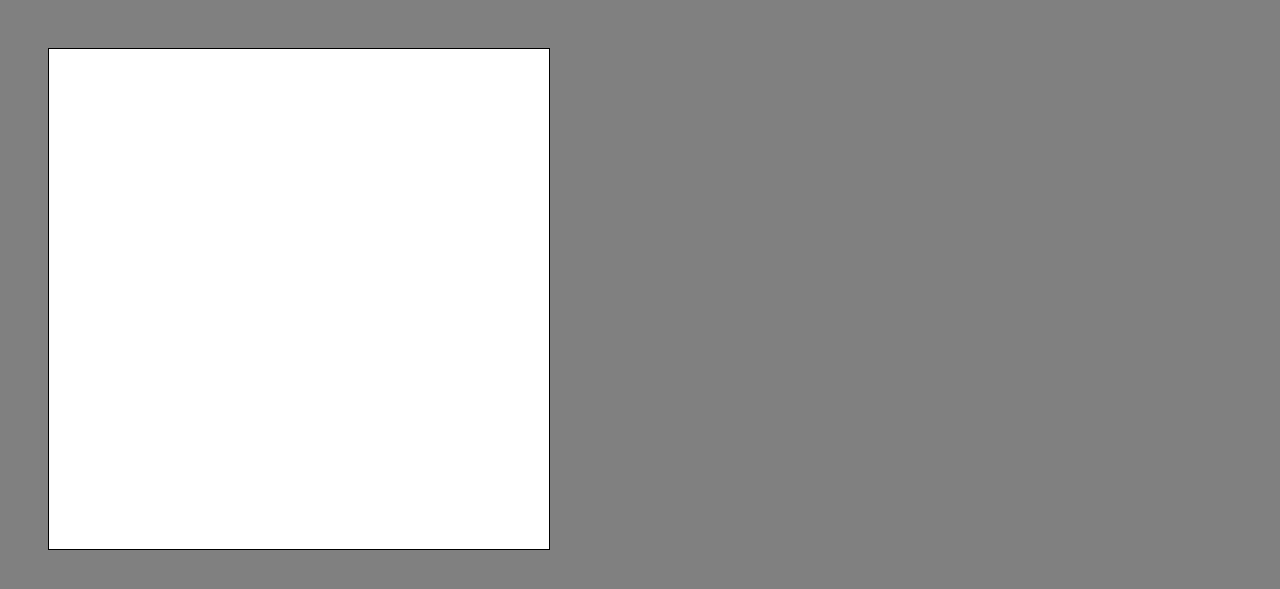
Repository: albinsabu2023/Stopwatch-program
Page: index.html
These files come from the project's save history. The page is drawn as it stood at one moment and after the next save; the edit follows.
The browser window is 1280 px wide. The pictures show the whole page.

Above is the page before, as saved 2023-03-03 20:30:09.

### index.html
<!DOCTYPE html>

<head>
    <meta charset="UTF-8">
    <meta http-equiv="X-UA-Compatible" content="IE=edge">
    <meta name="viewport" content="width=device-width, initial-scale=1.0">
    <link rel="stylesheet" href="style.css">
    <title>Document</title>
</head>

   <canvas id ="canvas" width="500" height="500"></canvas>
    <script src="index.js"></script>
</body>
</html>

### style.css
body{
color:white;
background-color: gray;
}

#canvas{
    border:1px solid black;
    background-color: white;
    margin: 40px;

}

### index.js
//canvas api

let can = document.getElementById("canvas");
let context = can.getCont;

After the next save:
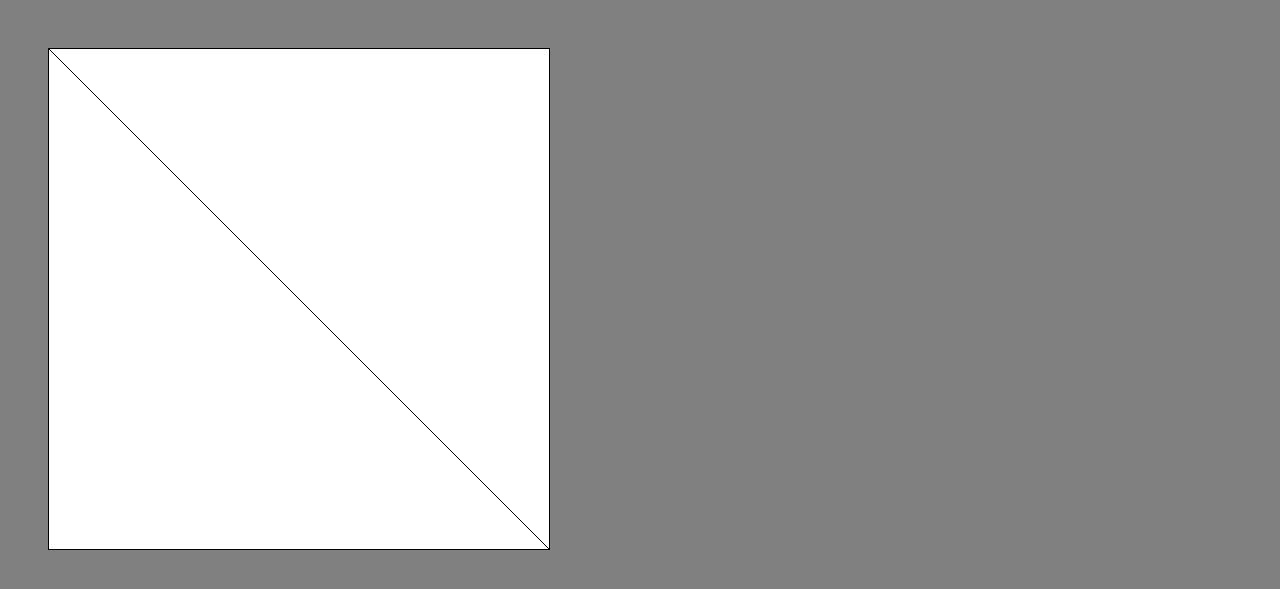
Saved 87 s later.
--- a/index.js
+++ b/index.js
@@ -1,4 +1,8 @@
 //canvas api
 
 let can = document.getElementById("canvas");
-let context = can.getCont;
+let context = can.getContext("2d");
+context.beginPath();
+context.moveTo(0, 0);
+context.lineTo(500, 500);
+context.stroke();

After the save that followed:
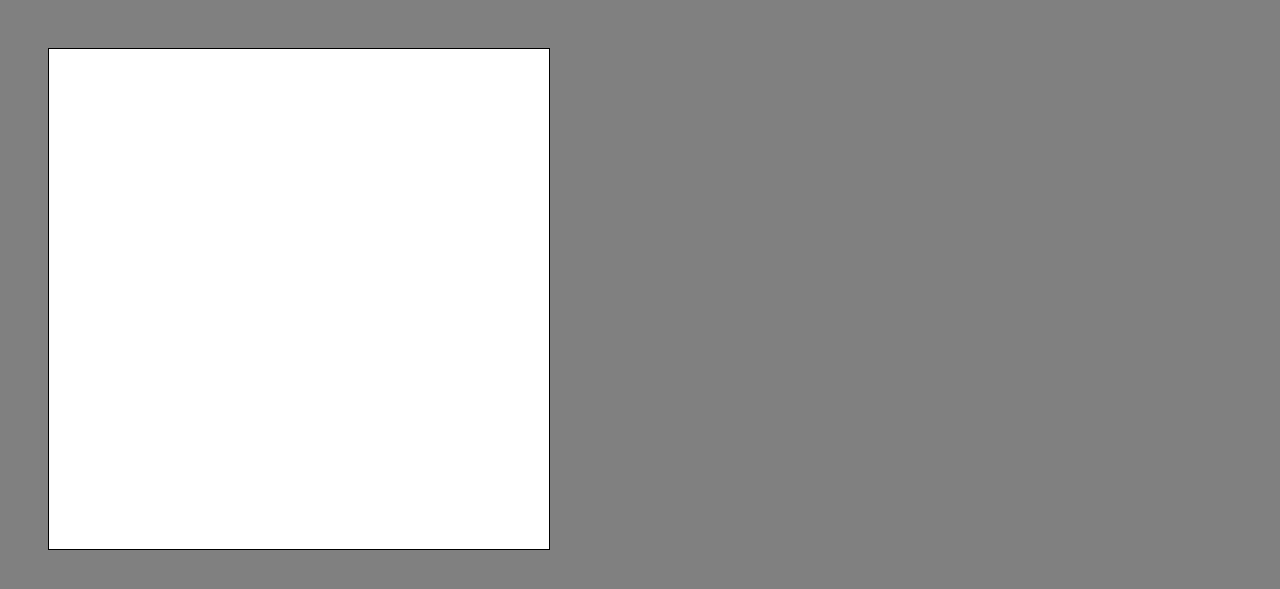
Saved 10 s later.
--- a/index.js
+++ b/index.js
@@ -5,4 +5,3 @@
 context.beginPath();
 context.moveTo(0, 0);
 context.lineTo(500, 500);
-context.stroke();
